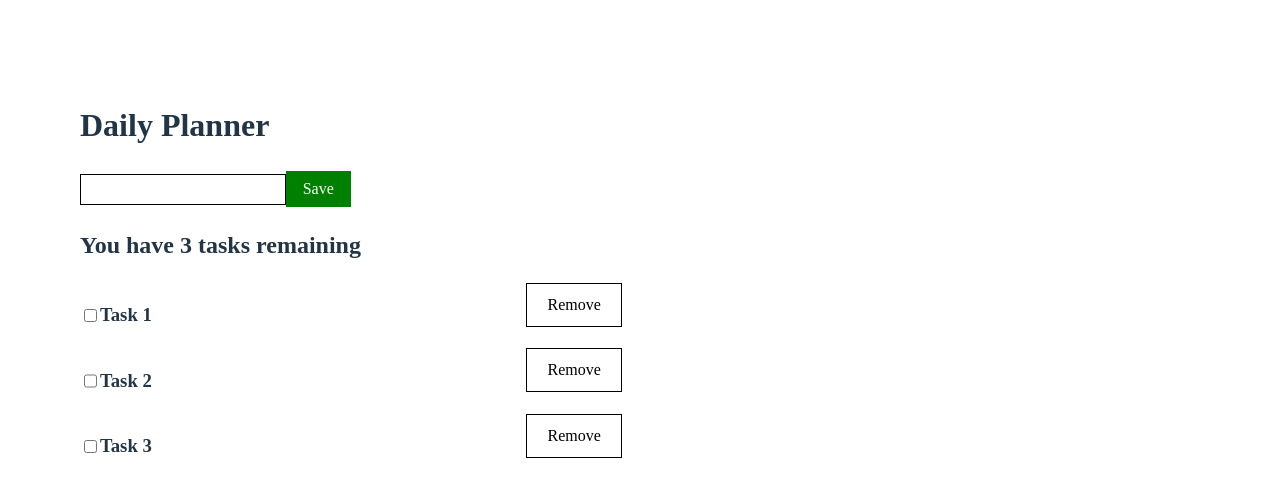
Repository: SamanthaYan298/my_planner
Page: /
The author's editor kept a copy of each file at every save. The page is drawn from the files as they stood at one save, then again after the next save.
The browser window is 1280 px wide. The pictures show the whole page.
The project was rebuilt for these pictures with package versions that can differ from the ones it lists, and the page was loaded fresh each time. Also part of the build but not shown: vite.config.js.

Above is the page before, as saved 2024-10-07 17:20:17.

After the next save:
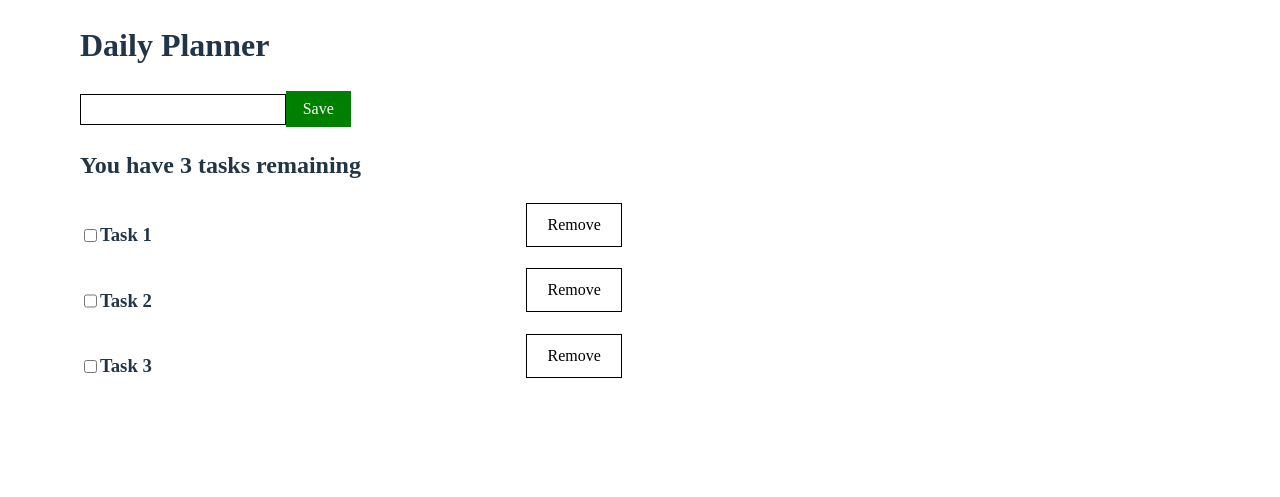
Saved 8 s later.
--- a/src/App.css
+++ b/src/App.css
@@ -1,6 +1,6 @@
 #root {
   max-width: 100%;
-  margin: 5em;
+  margin-left: 5em;
   padding: 0;
   top: 0;
   font-family: "Playfair Display", serif;
